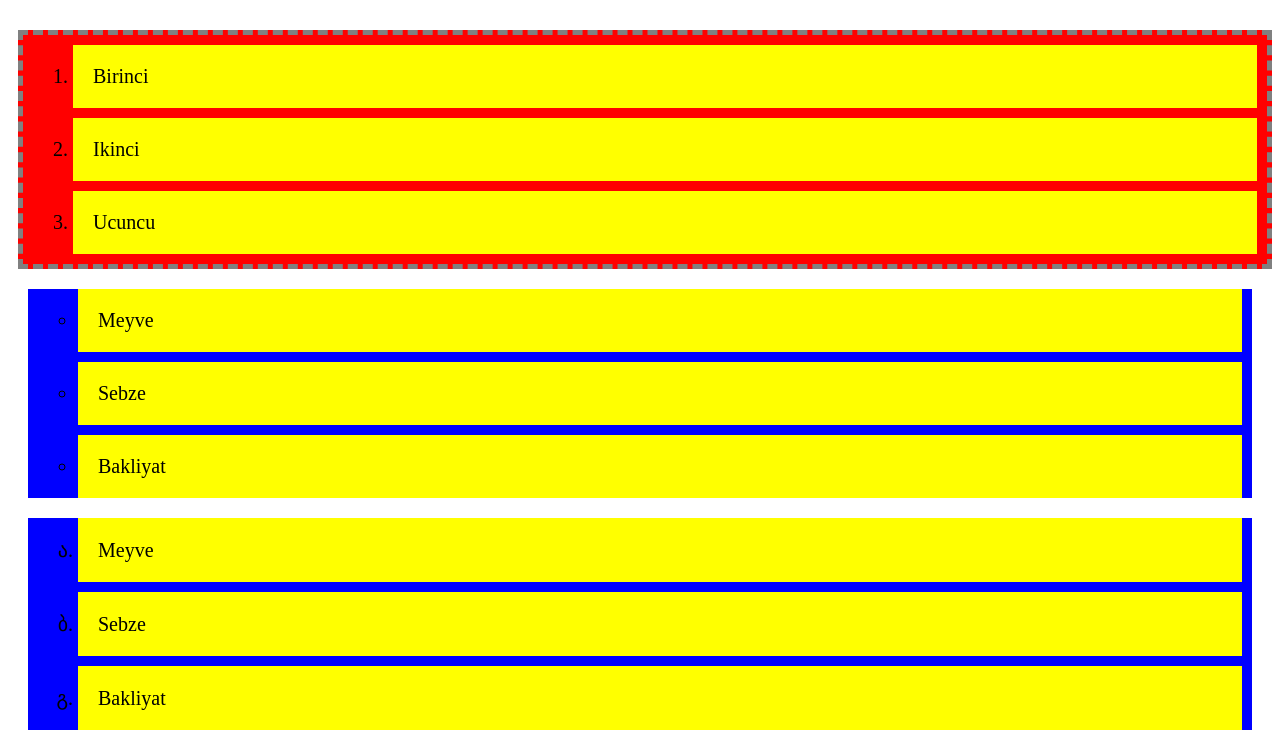
Repository: Kubraaygun/Html_Css_Login
Page: index.html
The author's editor kept a copy of each file at every save. The page is drawn from the files as they stood at one save, then again after a run of saves.
The browser window is 1280 px wide. The pictures show the whole page.

Above is the page before, as saved 2025-03-05 17:17:28.

After the next 2 saves:
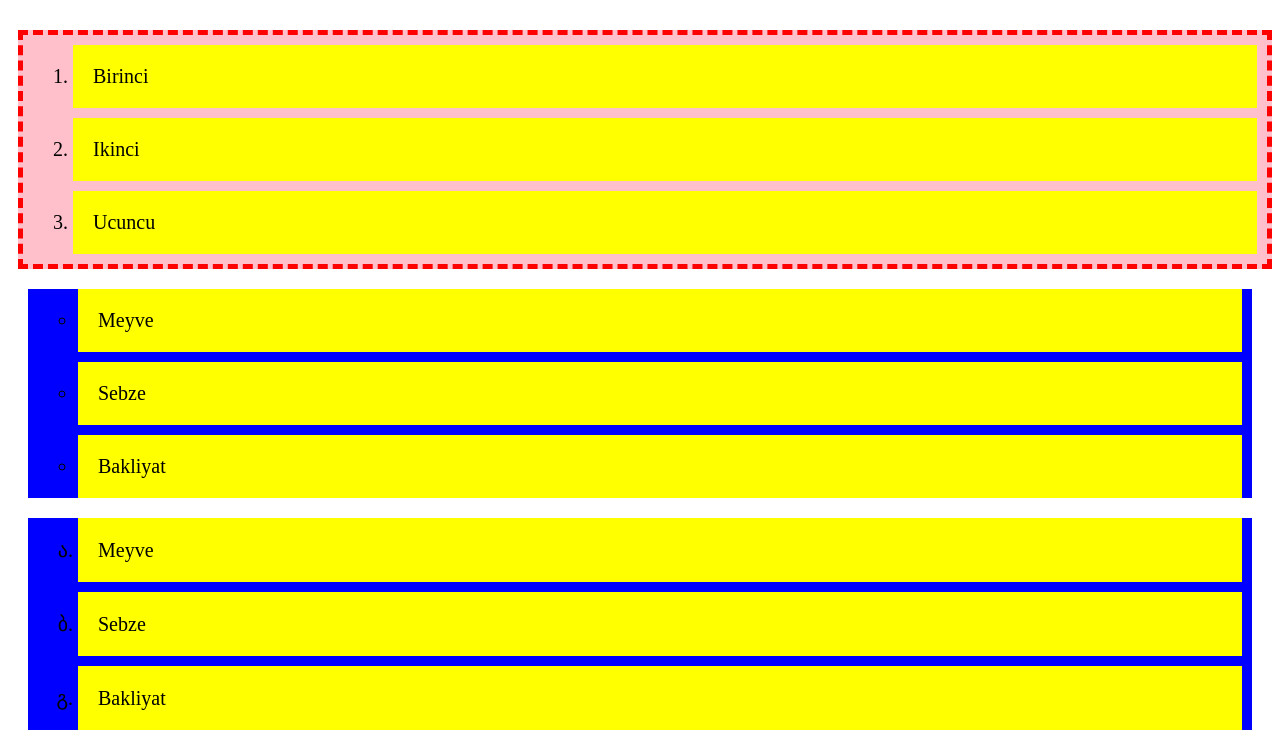
The 2 saves are shown as one change because they came seconds apart.
The last was saved 9 s later.
--- a/style.css
+++ b/style.css
@@ -12,9 +12,9 @@ body {
 }
 
 ol {
-  background-color: red;
+  background-color: pink;
   margin: 30px 0 20px 10px;
-  border: 5px dashed gray;
+  border: 5px dashed red;
 }
 
 ul {
